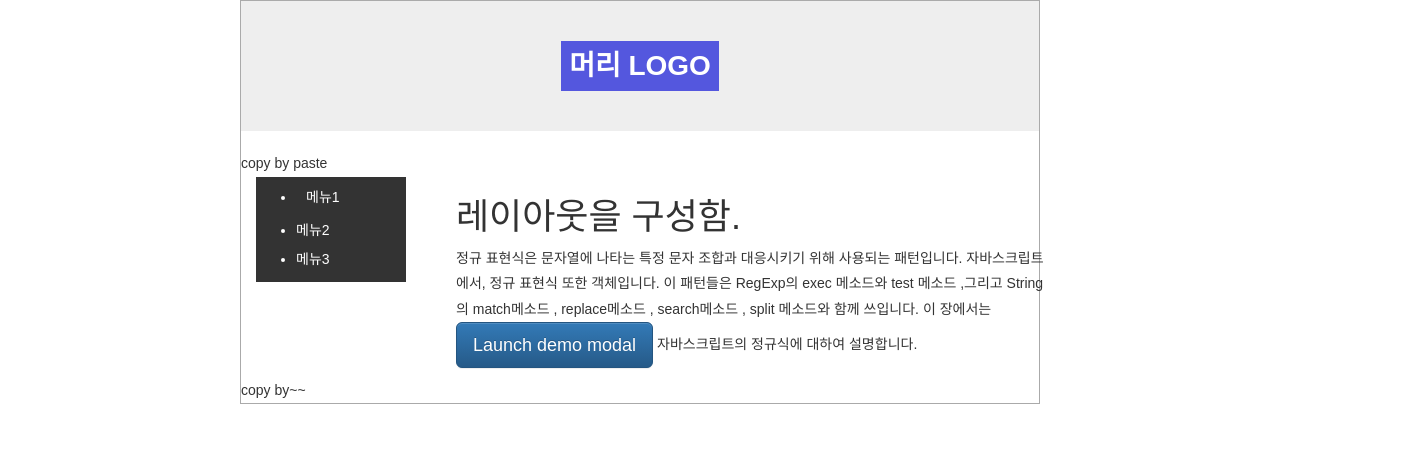
Repository: yoojisoo/YONSAI
Page: http://localhost/teatJava/
These files come from the project's save history. The page is drawn as it stood at one moment and after the next save; the edit follows.
The browser window is 1280 px wide. The page is 1411 px wide, so the pictures cover 1411 px, including what lies to the right of the window. The pictures show the whole page.
The page is served by Tomcat 9.

Above is the page before, as saved 2021-08-23 06:24:17.

After the next save:
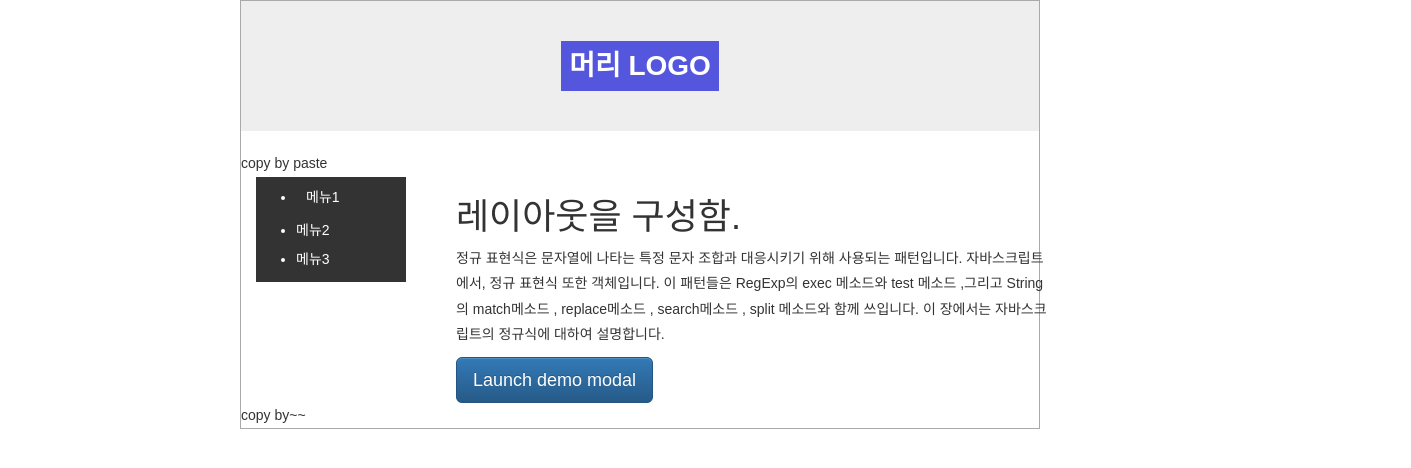
Saved 26 s later.
--- a/jsworkspace/teatJava/src/main/webapp/index.jsp
+++ b/jsworkspace/teatJava/src/main/webapp/index.jsp
@@ -108,12 +108,12 @@ body {
 				<p>정규 표현식은 문자열에 나타는 특정 문자 조합과 대응시키기 위해 사용되는 패턴입니다. 자바스크립트에서, 정규
 					표현식 또한 객체입니다. 이 패턴들은 RegExp의 exec 메소드와 test 메소드 ,그리고 String의
 					match메소드 , replace메소드 , search메소드 , split 메소드와 함께 쓰입니다. 이 장에서는
+					자바스크립트의 정규식에 대하여 설명합니다.</p>
 			<!-- Button trigger modal -->
 			<button type="button" class="btn btn-primary btn-lg"
 				data-toggle="modal" data-target="#myModal">Launch demo
 				modal</button>
 			<!-- 모 -->
-					자바스크립트의 정규식에 대하여 설명합니다.</p>
 			</div>
 
 			<!-- Modal -->
